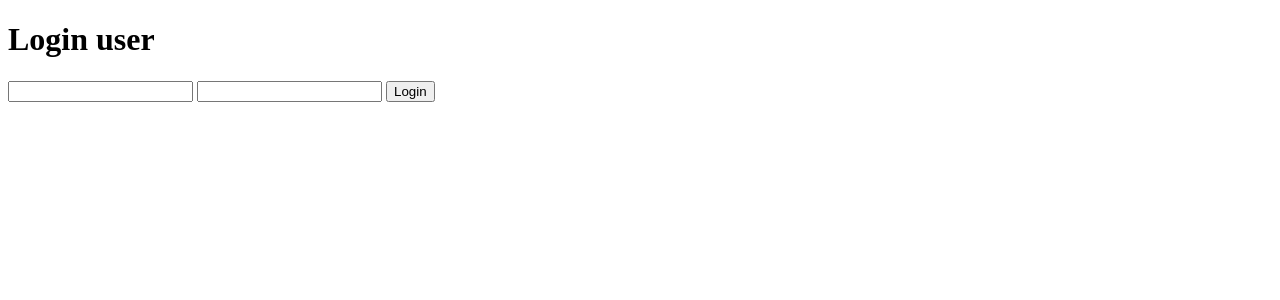
Repository: thanhbui99/java-eclipse
Page: http://localhost/baiMVC/LoginFoward
An editor plug-in stored every save of this project. The page is shown before and after the next save, followed by the edit.
The browser window is 1280 px wide. The pictures show the whole page.
The page is served by Tomcat 9. Other server files are loaded and not shown.

Above is the page before, as saved 2020-10-31 17:11:41.

### workspace/baiMVC/WebContent/WEB-INF/View/Login.jsp
<%@ page language="java" contentType="text/html; charset=UTF-8"
    pageEncoding="UTF-8"%>
<!DOCTYPE html PUBLIC "-//W3C//DTD HTML 4.01 Transitional//EN" "http://www.w3.org/TR/html4/loose.dtd">
<html>
<head>
<meta http-equiv="Content-Type" content="text/html; charset=UTF-8">
<title>Insert title here</title>
</head>
<body>
   <h1>Login user</h1>
   <h5><%=request.getAttribute("name") !=null?request.getAttribute("name"):"" %></h5>
   <form action="LoginServlet" method="POST">
      <input type="text" name="username"/>
      <input type="password" name="password"/>
      <input type="submit" value="Login"/>
   </form>
</body>
</html>

### workspace/baiMVC/src/controller/LoginFoward.java
package controller;

import java.io.IOException;

import javax.servlet.RequestDispatcher;
import javax.servlet.ServletException;
import javax.servlet.annotation.WebServlet;
import javax.servlet.http.HttpServlet;
import javax.servlet.http.HttpServletRequest;
import javax.servlet.http.HttpServletResponse;

@WebServlet("/LoginFoward")
public class LoginFoward extends HttpServlet {
	private static final long serialVersionUID = 1L;

	public LoginFoward() {
		super();
		// TODO Auto-generated constructor stub
	}

	protected void doGet(HttpServletRequest request, HttpServletResponse response)
			throws ServletException, IOException {
		// TODO Auto-generated method stub
		RequestDispatcher rd = request.getRequestDispatcher("/WEB-INF/View/Login.jsp");
		rd.forward(request, response);
	}

	protected void doPost(HttpServletRequest request, HttpServletResponse response)
			throws ServletException, IOException {
		// TODO Auto-generated method stub
		doGet(request, response);
	}

}

After the next save:
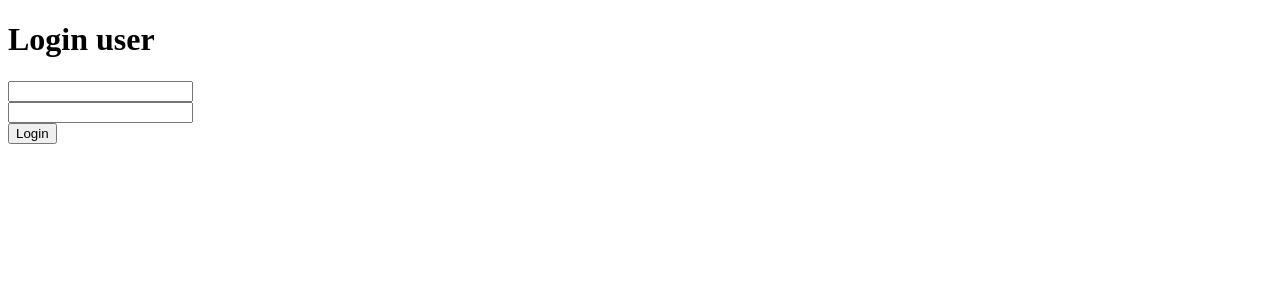
Saved 19 s later.
--- a/workspace/baiMVC/WebContent/WEB-INF/View/Login.jsp
+++ b/workspace/baiMVC/WebContent/WEB-INF/View/Login.jsp
@@ -11,7 +11,9 @@
    <h5><%=request.getAttribute("name") !=null?request.getAttribute("name"):"" %></h5>
    <form action="LoginServlet" method="POST">
       <input type="text" name="username"/>
+      <br/>
       <input type="password" name="password"/>
+      <br/>
       <input type="submit" value="Login"/>
    </form>
 </body>
